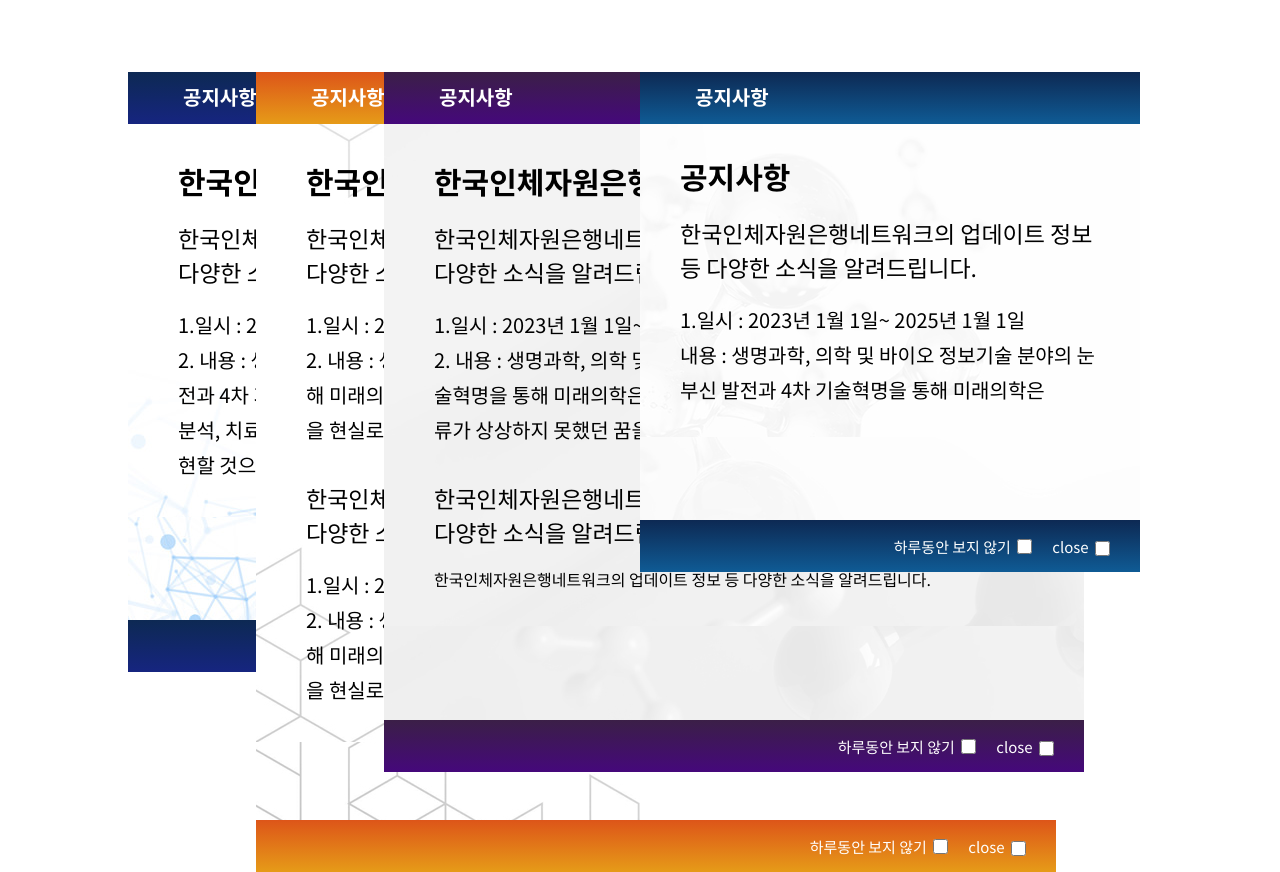
Repository: dlgywls1130/common_popup
Page: index.html
The author's editor kept a copy of each file at every save. The page is drawn from the files as they stood at one save, then again after the next save.
The browser window is 1280 px wide. The pictures show the whole page.

Above is the page before, as saved 2023-10-26 01:08:10.

After the next save:
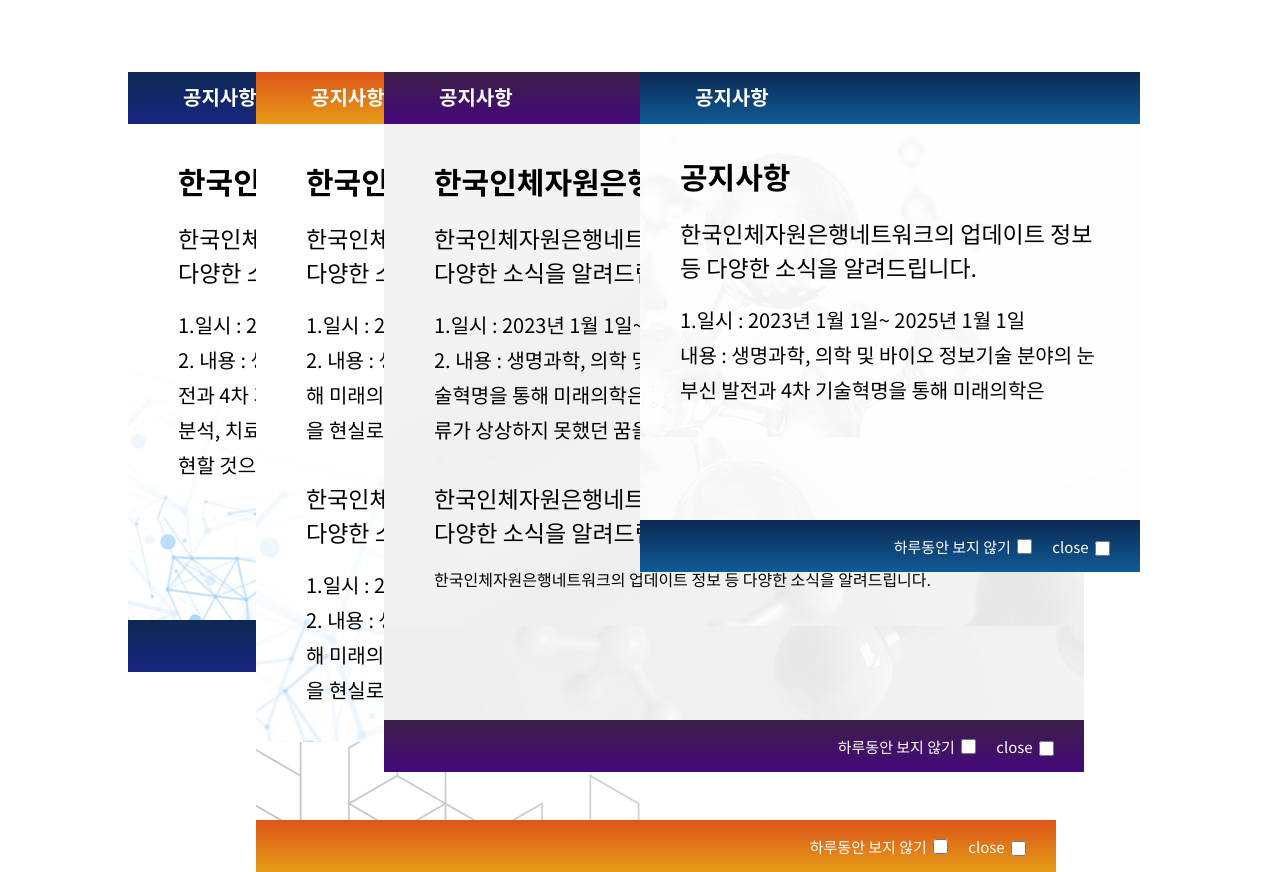
Saved 18 h 48 min later.
--- a/style.css
+++ b/style.css
@@ -88,7 +88,7 @@
 }
 
 .common_modal.orange .common_body{
-    background: url('../img/bg2.jpg')no-repeat;
+    background: url('./img/bg1.jpg')no-repeat;
     background-size: cover;
     width: 100%;
     padding: 35px 50px;
@@ -96,7 +96,7 @@
 }
 
 .common_modal.purple .common_body{
-    background: url('../img/bg3.jpg')no-repeat;
+    background: url('./img/bg3.jpg')no-repeat;
     background-size: cover;
     width: 100%;
     padding: 35px 50px;
@@ -104,7 +104,7 @@
 }
 
 .common_modal.sky .common_body{
-    background: url('../img/bg4.jpg')no-repeat;
+    background: url('./img/bg4.jpg')no-repeat;
     background-size: cover;
     width: 100%;
     padding: 30px 40px;
